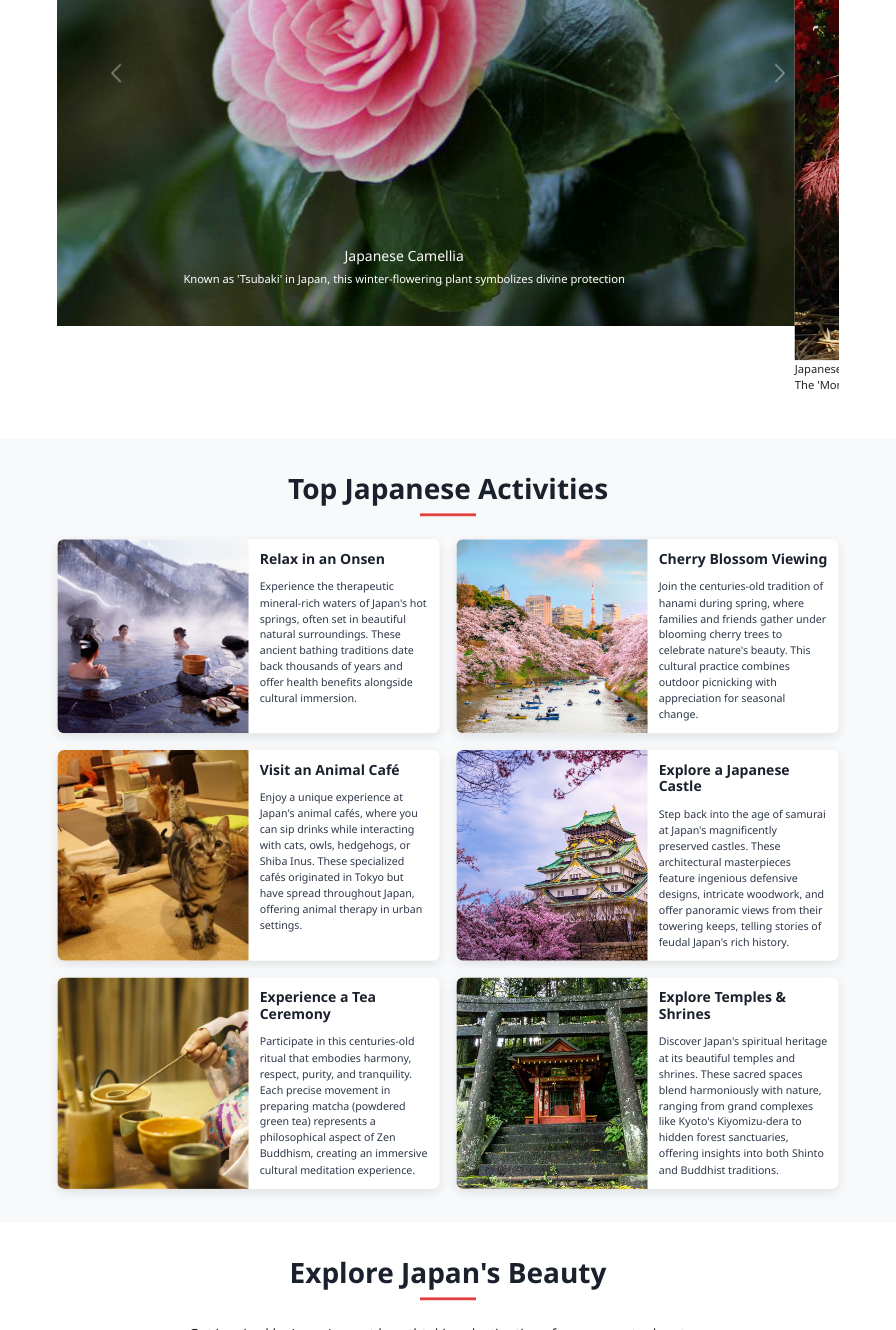
Repository: urielaracena/softwareDev
Page: project1/s.html
These files come from the project's save history. The page is drawn as it stood at one moment and after the next save; the edit follows.
The browser window is 1280 px wide. The pictures show the part of the page from y = 1589 to 3489 px (the page is 4709 px tall), at 70% of full size.
A picture or video elsewhere on the page could not be fetched, so the positions and the page height are approximate. Backgrounds fixed to the window are drawn as part of the page.

Above is the page before, as saved 2025-04-20 07:04:32.

After the next save:
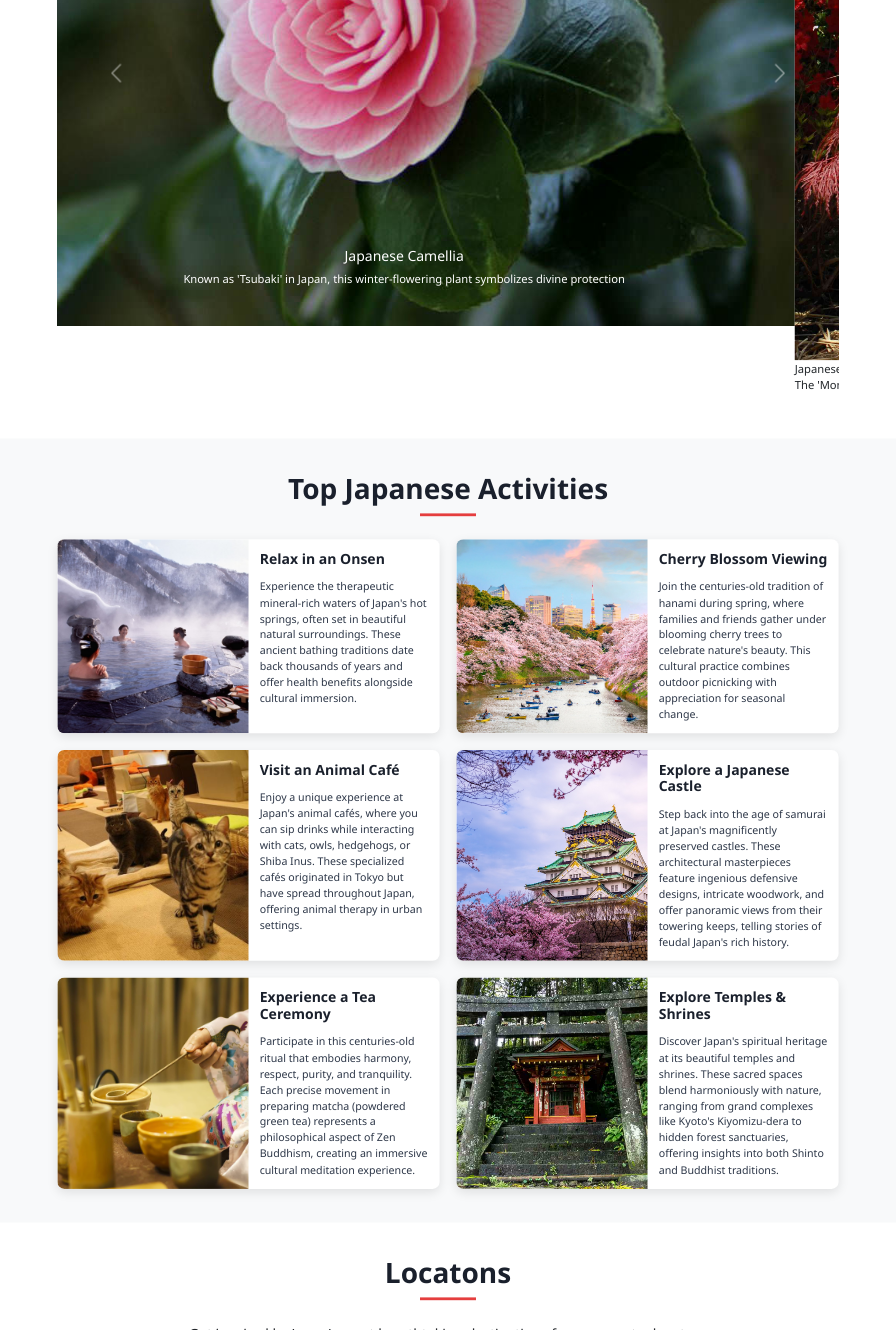
Saved 90 s later.
--- a/project1/s.html
+++ b/project1/s.html
@@ -238,7 +238,7 @@
     <!-- locations Section -->
     <section id="locations" class="py-5">
         <div class="container">
-            <h2 class="section-title">Explore Japan's Beauty</h2>
+            <h2 class="section-title">Locatons</h2>
             <p class="lead text-center mb-4">Get inspired by Japan's most breathtaking destinations for your next adventure</p>
 
             <!-- locations Images -->
